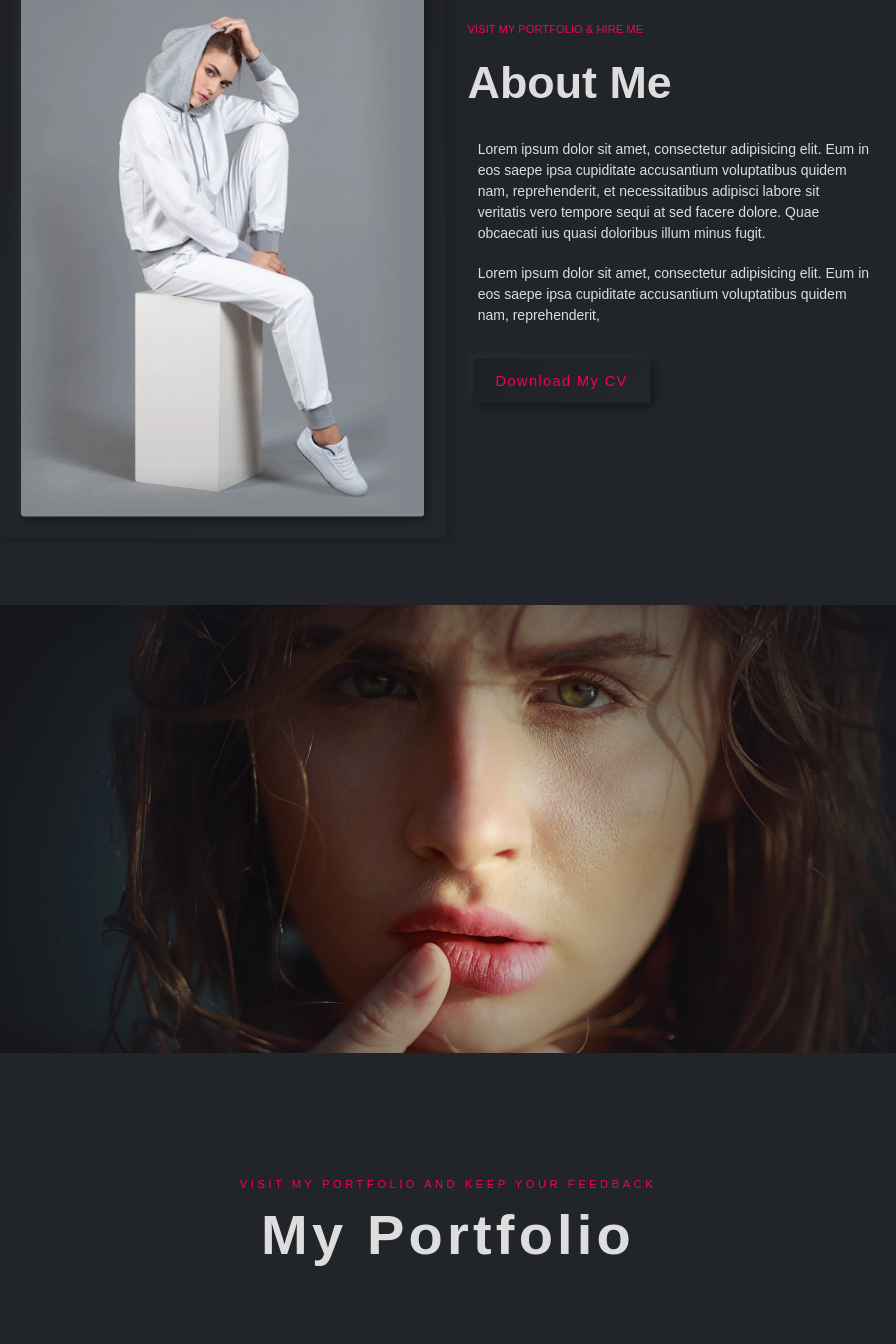
Repository: arminprogramme/inbio
Page: /
The author's editor kept a copy of each file at every save. The page is drawn from the files as they stood at one save, then again after the next save.
The browser window is 1280 px wide. The pictures show the part of the page from y = 1966 to 3886 px (the page is 3886 px tall before and 3166 px after), at 70% of full size.
Backgrounds fixed to the window are drawn as part of the page. Some web libraries are served in a nearby version. The project was rebuilt for these pictures with package versions that can differ from the ones it lists, and the page was loaded fresh each time. Also part of the build but not shown: vite.config.js.

Above is the page before, as saved 2023-10-20 05:02:35.

### index.html
<!doctype html>
<html lang="en">

<head>
    <meta charset="UTF-8" />
    <link rel="icon" type="image/svg+xml" href="/vite.svg" />
    <link rel="stylesheet" href="https://cdnjs.cloudflare.com/ajax/libs/font-awesome/4.7.0/css/font-awesome.min.css">
    <link href="https://cdnjs.cloudflare.com/ajax/libs/flowbite/1.8.1/flowbite.min.css" rel="stylesheet" />
    <meta name="viewport" content="width=device-width, initial-scale=1.0" />
    <title>Vite + React</title>
</head>

<body>
    <div id="root"></div>
    <script src="https://cdnjs.cloudflare.com/ajax/libs/flowbite/1.8.1/flowbite.min.js"></script>
    <script type="module" src="/src/main.jsx"></script>
</body>

</html>

### src/App.jsx
import   { Component } from 'react';
import LandingPage from './Component/LandingPage.jsx'
import './App.css'

class App extends Component {


  render() {
    return (
    <div>
      <LandingPage />
    </div>
    );
  }


}

export default App;

### src/index.css
:root {
    font-family: Inter, system-ui, Avenir, Helvetica, Arial, sans-serif;
}

a {
    font-weight: 500;
    color: #646cff;
    text-decoration: inherit;
}

* {
    padding: 0;
    margin: 0;
    box-sizing: border-box;
}

@tailwind base;
@tailwind components;
@tailwind utilities;
a:hover {
    color: #535bf2;
}

body {
    margin: 0;
    font-family: 'Vazir', sans-serif;
}

h1 {
    font-size: 3.2em;
    line-height: 1.1;
}

@media (prefers-color-scheme: light) {
     :root {
        color: #213547;
        background-color: #ffffff;
    }
    a:hover {
        color: #747bff;
    }
    button {
        background-color: #f9f9f9;
    }
}

### src/Component/LandingPage.jsx
import  { Component } from 'react';
import Header from './Header/Header.jsx'
import Body from './Body/Body.jsx'
//import Footer from './Footer/Footer.jsx'
class LandingPage extends Component {
    render() {
        return (
            <div>
                <Header/>
                <Body/>

            </div>
        );
    }
}

export default LandingPage;

### src/Component/Header/Header.jsx
import  { Component } from 'react';
import NavBar from './Navbar.jsx'
import './Header.css'
class Header extends Component {
    render() {
        return (
            <div>
                <NavBar/>
                <div className="banner-header text-center">
                    <h1 className='font-bold text-white'>KRISTINA SOMOLYER</h1>
                    <p>American Supermodel & Entrepreneur</p>
                </div>
            </div>
        );
    }
}

export default Header;

### src/Component/Body/Body.jsx
import  { Component } from 'react';
import Services from './Services/Services.jsx'
import About from './About/About.jsx'
import PortFolio from './PortFolio/PortFolio.jsx'
import './Body.css'
class Body extends Component {
    render() {
        return (
            <>
            <div className='black-bg  '>
                <div className="limit-width">
                    <Services/>
                    <About/>
                </div>
                <div className="girl-bg">
                </div>
                <div className="limit-width">
                    <PortFolio />
                </div>
            </div>
            </>
        );
    }
}

export default Body;

### src/Component/Header/Navbar.jsx
import  { Component } from 'react';

class Navbar extends Component {
    render() {
        return (
            <div>

<nav className=" black-bg">
  <div className="max-w-screen-xl flex flex-wrap items-center justify-between mx-auto p-6">
    <a href="https://.com/" className="flex items-center">
       <h2 className='text-white'>React Project</h2>
    </a>
    <button data-collapse-toggle="navbar-default" type="button"  className="inline-flex items-center p-2 w-10 h-10 justify-center text-sm text-white rounded-lg md:hidden " aria-controls="navbar-default" aria-expanded="false">
    <i className="fa fa-bars text-white"></i>

    </button>
    <div className="hidden w-full md:block md:w-auto" id="navbar-default">
      <ul className="font-medium flex flex-col p-4 md:p-0 mt-4 border border-gray-100 rounded-lg text-white md:flex-row md:space-x-8 md:mt-0 md:border-0 black-bg">
        <li>
          <a href="#" className="block py-2 pl-3 pr-4 text-white md:hover:text-gray-700 dark:text-white md:dark:hover:text-gray-500 rounded md:bg-transparent md:p-0 " aria-current="page">Home</a>
        </li>
        <li>
          <a href="#" className="block py-2 pl-3 pr-4 text-gray-900 rounded hover:bg-gray-100 md:hover:bg-transparent md:border-0 md:hover:text-gray-700 md:p-0 dark:text-white md:dark:hover:text-gray-500 dark:hover:bg-gray-700 dark:hover:text-white md:dark:hover:bg-transparent">About</a>
        </li>
        <li>
          <a href="#" className="block py-2 pl-3 pr-4 text-gray-900 rounded md:hover:text-gray-700 md:p-0 dark:text-white md:dark:hover:text-gray-500 dark:hover:bg-gray-700 dark:hover:text-white md:dark:hover:bg-transparent">Services</a>
        </li>
        <li>
          <a href="#" className="block py-2 pl-3 pr-4 text-gray-900 rounded hover:bg-gray-100 md:hover:bg-transparent md:border-0 md:hover:text-gray-700 md:p-0 dark:text-white md:dark:hover:text-gray-500 dark:hover:bg-gray-700 dark:hover:text-white md:dark:hover:bg-transparent">Pricing</a>
        </li>
        <li>
          <a href="#" className="block py-2 pl-3 pr-4 text-gray-900 rounded hover:bg-gray-100 md:hover:bg-transparent md:border-0md:hover:text-gray-700 md:p-0 dark:text-white md:dark:hover:text-gray-500 dark:hover:bg-gray-700 dark:hover:text-white md:dark:hover:bg-transparent">Contact</a>
        </li>
      </ul>
    </div>
  </div>
</nav>

            </div>
        );
    }
}

export default Navbar;

### src/Component/Header/Header.css
.black-bg {
    background-color: #212428;
}

.banner-header {
    background-image: url(../../../bg-image-12.webp);
    background-position: center;
    background-size: cover;
    padding: 20.25rem 0;
}

.banner-header h1 {
    letter-spacing: 6px;
    font-size: 3.2rem;
}

.banner-header p {
    letter-spacing: 6px;
    font-size: 1.2rem;
    padding: 2rem 0;
    color: #fff;
}

### src/Component/Body/Services/Services.jsx
import  { Component } from 'react';
import ServicesItem from './ServicesItem.jsx'
import './Services.css'
class Services extends Component {

    constructor(props){
        super(props)

        this.state = {
            services : [
                {id : 1 , icon : 'red-color fa fa-bars' , title : 'Web Development' , text : 'I throw myself down among the tall grass by the stream as I lie close to the earth.'},
                {id : 2 , icon : 'red-color fa fa-book' , title : 'App Development' , text : 'It uses a dictionary of over 200 Latin words, combined with a handful of model sentence.'},
                {id : 3 , icon : 'red-color fa fa-television' , title : 'Media Development' , text : 'I throw myself down among the tall grass by the stream as I lie close to the earth.'},
            ]
        }
    }
    render() {
        return (
            <div>
              <div className="grid  grid-cols-1 lg:grid-cols-3 gap-10">
              {this.state.services.map(services => {
                return <ServicesItem key={services.id} {...services} />
               })}
              </div>
            </div>
        );
    }
}

export default Services;

### src/Component/Body/About/About.jsx
import  { Component } from 'react';
import ButtonSpecial from '../Buttons/ButtonSpecial.jsx'
import   './About.css'
class About extends Component {

    constructor(props){
        super(props)

        this.state= {
            title : 'Download My CV'
        }
    }
    render() {
        return (
            <div>
                <div className="about-container my-52 grid grid-cols-1 lg:grid-cols-2 gap-2">
                    <div className="img-about">
                        <div className="inner-img-about">
                            <img src="about-5.webp" className='rounded' alt="" />
                        </div>
                    </div>
                    <div className="content-about">
                        <h5 className='red-color'>VISIT MY PORTFOLIO & HIRE ME</h5>
                        <h2>About Me</h2>
                        <p>Lorem ipsum dolor sit amet, consectetur adipisicing elit. Eum in eos saepe ipsa cupiditate accusantium voluptatibus quidem nam, reprehenderit, et necessitatibus adipisci labore sit veritatis vero tempore sequi at sed facere dolore. Quae obcaecati ius quasi doloribus illum minus fugit.</p>
                        <p>Lorem ipsum dolor sit amet, consectetur adipisicing elit. Eum in eos saepe ipsa cupiditate accusantium voluptatibus quidem nam, reprehenderit,</p>

                       <div className="mx-2 my-8 button-about">
                       <ButtonSpecial title={this.state.title}/>
                       </div>
                    </div>
                </div>
            </div>
        );
    }
}

export default About;

### src/Component/Body/PortFolio/PortFolio.jsx
import  { Component } from 'react';
import './Portfolio.css'
class PortFolio extends Component {
    render() {
        return (
            <div>
                <div className="title-portfolio text-center">
                    <h5 className='red-color'>VISIT MY PORTFOLIO AND KEEP YOUR FEEDBACK</h5>
                    <h2>My Portfolio</h2>
                </div>
            </div>
        );
    }
}

export default PortFolio;

### src/Component/Body/Body.css
.limit-width {
    max-width: 1450px;
    padding: 6rem 0;
    margin: auto;
}

.girl-bg {
    background-image: url(../../../bg-image-8.webp);
    padding: 20em;
    background-attachment: fixed;
    background-size: cover;
    -width: 100%;
    background-position: center;
    margin-bottom: 5rem;
}

### src/Component/Body/Services/ServicesItem.jsx
import { Component } from 'react';

class ServicesItem extends Component {
    render() {
        return (
            <div className='services-item'>
                <div className="icon-services">
                    <i className={this.props.icon}></i>
                </div>
                <div className="content-services">
                <h2 className='font-bold'>{this.props.title}</h2>
                <p>{this.props.text}</p>
                </div>
            </div>
        );
    }
}

export default ServicesItem;

### src/Component/Body/Services/Services.css
.icon-services i {
    font-size: 3rem;
}

.red-color {
    color: #f8024e;
}

.content-services {
    padding: 1.2rem 0;
    color: #FDFDFE;
}

.content-services h2 {
    font-size: 2rem;
    padding-bottom: 1rem;
}

.content-services p {
    line-height: 2.25rem;
    font-size: 1.4rem;
}

.services-item {
    border-radius: 12px;
    transition: 0.5s!important;
    padding: 4rem 3.5rem;
    background: #212428;
    box-shadow: 10px 10px 20px #1b1e21, -10px -10px 20px #272a2f;
    -webkit-transition: 0.5s!important;
    -moz-transition: 0.5s!important;
    -ms-transition: 0.5s!important;
    -o-transition: 0.5s!important;
    cursor: pointer;
}

.services-item:hover {
    border-radius: 12px;
    transform: translateY(-1.2rem);
    transition: 0.5s!important;
    background: linear-gradient(145deg, #23272b, #16171a);
    box-shadow: 10px 10px 13px #1b1e21, -10px -10px 13px #272a2f;
    -webkit-transition: 0.5s!important;
    -moz-transition: 0.5s!important;
    -ms-transition: 0.5s!important;
    -o-transition: 0.5s!important;
    -webkit-transform: translateY(-1.2rem);
    -moz-transform: translateY(-1.2rem);
    -ms-transform: translateY(-1.2rem);
    -o-transform: translateY(-1.2rem);
}

### src/Component/Body/Buttons/ButtonSpecial.jsx
import  { Component } from 'react';
import   './Buttons.css'
class ButtonSpecial extends Component {
    render() {
        return (
           <button className='sp-button red-color'>{this.props.title}</button>
        );
    }
}

export default ButtonSpecial;

### src/Component/Body/About/About.css
.img-about {
    padding: 1.9rem;
    border-radius: 5px;
    background: linear-gradient(145deg, #1e2024, #23272b);
    box-shadow: 5px 5px 10px #1d1f23, -5px -5px 10px #25292d;
    max-width: 100%;
}

.inner-img-about {
    border-radius: 10px;
    background: #212428;
    box-shadow: 5px 5px 10px #17191c, -5px -5px 10px #2b2f34;
    -webkit-border-radius: 10px;
    -moz-border-radius: 10px;
    -ms-border-radius: 10px;
    -o-border-radius: 10px;
    width: 100%;
    height: auto;
    border-radius: 5px;
    overflow: hidden;
}

.inner-img-about img {
    width: 100%;
    border-radius: 5px!important;
    -webkit-border-radius: 5px!important;
    -moz-border-radius: 5px!important;
    -ms-border-radius: 5px!important;
    transition: 0.5s ease;
    -o-border-radius: 5px!important;
}

.inner-img-about img:hover {
    transform: scale(1.1);
    /*zoomintheimageupto30%*/
    cursor: pointer;
    -webkit-transform: scale(1.1);
    -moz-transform: scale(1.1);
    -ms-transform: scale(1.1);
    -o-transform: scale(1.1);
}

.content-about {
    margin: 5.5rem 1.5rem;
}

.content-about h2,
p {
    color: #ddd;
}

.content-about h2 {
    font-size: 4rem;
    padding: 1rem 0;
    font-weight: bold;
}

.content-about p {
    font-size: 1.25rem;
    padding: 0.9rem;
}

### src/Component/Body/PortFolio/Portfolio.css
.title-portfolio h2 {
    font-size: 5rem;
    color: #ddd;
    font-weight: bold;
    letter-spacing: 6px;
}

.title-portfolio h5 {
    font-size: 1rem;
    letter-spacing: 5px;
}

### src/Component/Body/Buttons/Buttons.css
.sp-button {
    border-radius: 5px;
    background: linear-gradient(145deg, #1e2024, #23272b);
    box-shadow: 5px 5px 10px #17191c, -5px -5px 10px #2b2f34;
    padding: 1rem 2rem;
    font-size: 1.3rem;
    -webkit-border-radius: 5px;
    -moz-border-radius: 5px;
    letter-spacing: 2px;
    -ms-border-radius: 5px;
    transition: 0.3s;
    -o-border-radius: 5px;
    -webkit-transition: 0.3s;
    -moz-transition: 0.3s;
    -ms-transition: 0.3s;
    -o-transition: 0.3s;
}

.sp-button:hover {
    transition: 0.3s;
    border-radius: 5px;
    transform: translateY(-3px);
    background: linear-gradient(145deg, #23272b, #1e2024);
    box-shadow: 5px 5px 10px #17191c, -5px -5px 10px #2b2f34;
    -webkit-border-radius: 5px;
    -moz-border-radius: 5px;
    -ms-border-radius: 5px;
    -o-border-radius: 5px;
    -webkit-transition: 0.3s;
    -moz-transition: 0.3s;
    -ms-transition: 0.3s;
    -o-transition: 0.3s;
    -webkit-transform: translateY(-3px);
    -moz-transform: translateY(-3px);
    -ms-transform: translateY(-3px);
    -o-transform: translateY(-3px);
}

Loaded but not shown: src/main.jsx (common file); src/App.css (common file)

After the next save:
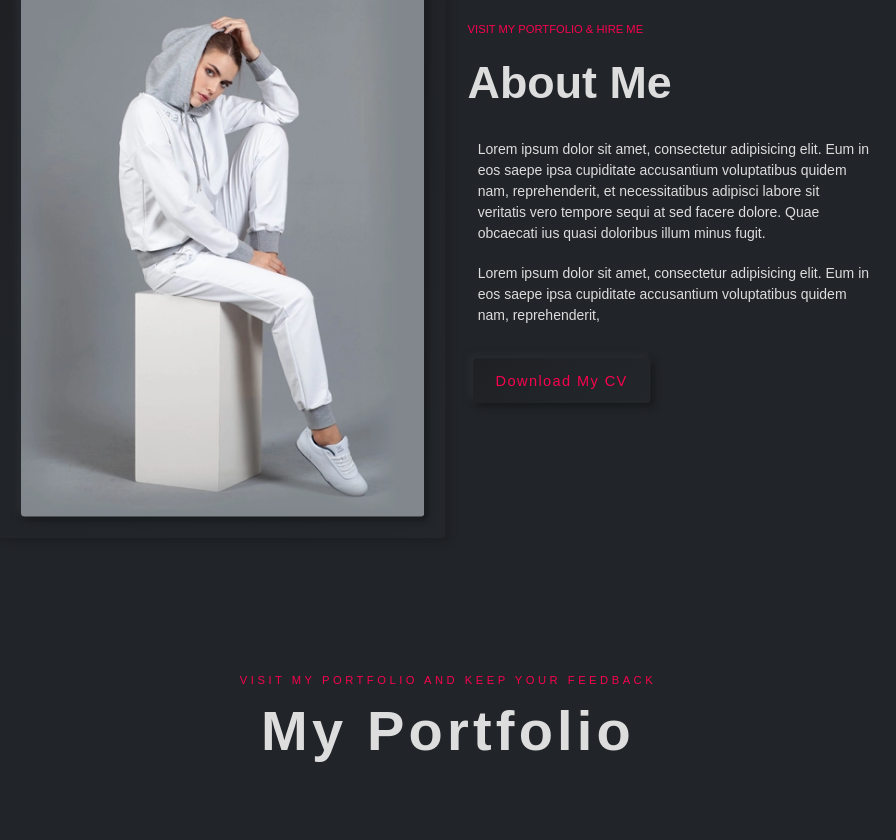
Saved 10 s later.
--- a/src/Component/Body/Body.css
+++ b/src/Component/Body/Body.css
@@ -3,13 +3,3 @@
     padding: 6rem 0;
     margin: auto;
 }
-
-.girl-bg {
-    background-image: url(../../../bg-image-8.webp);
-    padding: 20em;
-    background-attachment: fixed;
-    background-size: cover;
-    -width: 100%;
-    background-position: center;
-    margin-bottom: 5rem;
-}
